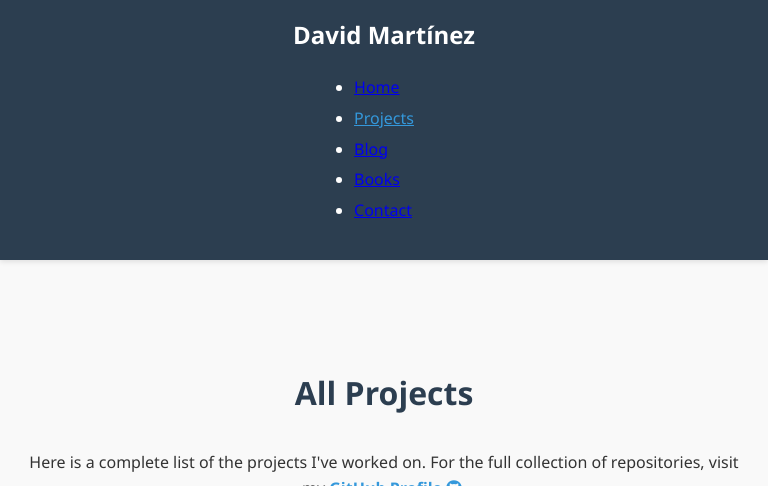
Repository: davidsmv/davidsmv.github.io
Page: projects.html
These files come from the project's save history. The page is drawn as it stood at one moment and after the next save; the edit follows.
The browser window is 768 px wide. The pictures show the part of the page from y = 0 to 486 px (the page is 1621 px tall before and 1596 px after).
A picture or video elsewhere on the page could not be fetched, so the positions and the page height are approximate. The page's requests for data from a server got no answer.

Above is the page before, as saved 2026-01-19 18:57:08.

### projects.html
<!DOCTYPE html>
<html lang="en">
<head>
    <!-- Google Tag Manager -->
    <script>(function(w,d,s,l,i){w[l]=w[l]||[];w[l].push({'gtm.start':
    new Date().getTime(),event:'gtm.js'});var f=d.getElementsByTagName(s)[0],
    j=d.createElement(s),dl=l!='dataLayer'?'&l='+l:'';j.async=true;j.src=
    'https://www.googletagmanager.com/gtm.js?id='+i+dl;f.parentNode.insertBefore(j,f);
    })(window,document,'script','dataLayer','GTM-K4HP3RM');</script>
    <!-- End Google Tag Manager -->

    <meta charset="UTF-8">
    <meta name="viewport" content="width=device-width, initial-scale=1.0">
    <meta http-equiv="X-UA-Compatible" content="ie=edge">
    <title>Projects - David Martínez</title>

    <!-- Link to your new styles -->
    <link rel="stylesheet" href="styles.css">
    <link rel="stylesheet" href="https://cdnjs.cloudflare.com/ajax/libs/font-awesome/6.0.0/css/all.min.css">
    <!-- Marked Library for Markdown rendering -->
    <script src="https://cdn.jsdelivr.net/npm/marked/marked.min.js"></script>
</head>
<body>
    <!-- Google Tag Manager (noscript) -->
    <noscript><iframe src="https://www.googletagmanager.com/ns.html?id=GTM-K4HP3RM"
    height="0" width="0" style="display:none;visibility:hidden"></iframe></noscript>
    <!-- End Google Tag Manager (noscript) -->

    <header>
        <nav>
            <div class="logo"><a href="index.html" style="color: white; text-decoration: none;">David Martínez</a></div>
            <ul class="nav-links">
                <li><a href="index.html">Home</a></li>
                <li><a href="projects.html" style="color: var(--accent-color);">Projects</a></li>
                <li><a href="blog.html">Blog</a></li>
                <li><a href="books.html">Books</a></li>
                <li><a href="contact.html">Contact</a></li>
            </ul>
        </nav>
    </header>

    <div class="container">
        <section>
            <h2>All Projects</h2>
            <p style="text-align: center; margin-bottom: 30px;">
                Here is a complete list of the projects I've worked on.
                For the full collection of repositories, visit my <a href="https://github.com/davidsmv" target="_blank" style="color: var(--accent-color); font-weight: bold;">GitHub Profile <i class="fab fa-github"></i></a>.
            </p>

            <div class="projects-grid" id="all-projects">
                <!-- Content will be loaded from scripts.js -->
            </div>
        </section>
    </div>

    <footer id="main-footer">
        <!-- Footer content loaded from scripts.js -->
    </footer>

    <!-- Load scripts -->
    <script src="data/projects.js"></script>
    <script src="data/contact.js"></script>
    <script src="js/scripts.js"></script>
    <script>
        renderProjects('all-projects');
        renderFooter('main-footer');
    </script>
</body>
</html>

### styles.css
/* Root variables for easy customization */
:root {
  --primary-color: #2c3e50; /* Dark Blue */
  --accent-color: #3498db;  /* Light Blue */
  --bg-color: #f9f9f9;      /* Light Gray Background */
  --text-color: #333;       /* Dark Text */
  --card-bg: #fff;          /* White Card Background */
  --font-main: 'Segoe UI', Tahoma, Geneva, Verdana, sans-serif;
}

body {
  font-family: var(--font-main);
  background-color: var(--bg-color);
  color: var(--text-color);
  margin: 0;
  padding: 0;
  line-height: 1.6;
}

/* Header & Navigation */
header {
  background-color: var(--primary-color);
  color: #fff;
  padding: 1rem 0;
  position: sticky;
  top: 0;
  z-index: 1000;
  box-shadow: 0 2px 5px rgba(0,0,0,0.1);
}

nav {
  display: flex;
  justify-content: space-between;
  align-items: center;
  max-width: 1100px;
  margin: 0 auto;
  padding: 0 20px;
}

.logo {
  font-size: 1.5rem;
  font-weight: bold;
}



/* Sections */
.container {
  max-width: 1100px;
  margin: 0 auto;
  padding: 2rem 20px;
}

section {
  padding: 3rem 0;
  border-bottom: 1px solid #ddd;
}

section h2 {
  text-align: center;
  margin-bottom: 2rem;
  color: var(--primary-color);
  font-size: 2rem;
}

/* About Section */
.about-content {
  display: flex;
  flex-wrap: wrap;
  align-items: center;
  gap: 2rem;
}

.about-text {
  flex: 1;
  min-width: 300px;
}

.about-image {
  flex: 1;
  text-align: center;
  min-width: 300px;
}

.profile-pic {
  width: 200px;
  height: 200px;
  border-radius: 50%;
  object-fit: cover;
  border: 4px solid var(--accent-color);
}

/* About Read More */
#about-container.collapsed {
  max-height: 280px; /* Adjust height as needed */
  overflow: hidden;
  position: relative;
}

#about-container.collapsed::after {
  content: "";
  position: absolute;
  bottom: 0;
  left: 0;
  width: 100%;
  height: 80px;
  background: linear-gradient(to bottom, transparent, var(--bg-color));
  pointer-events: none;
}

.read-more-btn {
  background-color: transparent;
  color: var(--accent-color);
  border: 1px solid var(--accent-color);
  padding: 8px 16px;
  border-radius: 4px;
  cursor: pointer;
  font-weight: bold;
  margin-top: 10px;
  transition: all 0.3s ease;
}

.read-more-btn:hover {
  background-color: var(--accent-color);
  color: white;
}

/* Projects Grid */
.projects-grid {
  display: grid;
  grid-template-columns: repeat(auto-fit, minmax(300px, 1fr));
  gap: 2rem;
}

.project-card {
  background: var(--card-bg);
  padding: 1.5rem;
  border-radius: 8px;
  box-shadow: 0 4px 6px rgba(0,0,0,0.1);
  transition: transform 0.3s ease;
}



.project-card:hover {
  transform: translateY(-5px);
}

.project-card h3 {
  margin-top: 0;
  color: var(--primary-color);
}

/* GitHub Preview Image */
.project-thumb {
  width: 100%;
  height: auto;
  border-radius: 6px;
  margin-bottom: 1rem;
  border: 1px solid #eee;
}

.project-link {
  display: inline-block;
  margin-top: 1rem;
  color: var(--accent-color);
  text-decoration: none;
  font-weight: bold;
}



/* Blog & Books (General Card Style) */
.card-list {
  display: flex;
  flex-direction: column;
  gap: 1.5rem;
}

.list-item {
  background: var(--card-bg);
  padding: 1.5rem;
  border-radius: 8px;
  box-shadow: 0 2px 4px rgba(0,0,0,0.05);
  display: flex;
  justify-content: space-between;
  align-items: center;
}



.list-item a {
  color: var(--accent-color);
  text-decoration: none;
  font-weight: bold;
}

/* Modal specific styles */
.modal {
  display: none;
  position: fixed;
  z-index: 2000;
  padding-top: 100px;
  left: 0;
  top: 0;
  width: 100%;
  height: 100%;
  overflow: auto;
  background-color: rgb(0,0,0);
  background-color: rgba(0,0,0,0.4);
}

.modal-content {
  background-color: #fefefe;
  margin: auto;
  padding: 20px;
  border: 1px solid #888;
  width: 80%;
  max-width: 800px;
  border-radius: 8px;
  position: relative;
  max-height: 80vh;
  overflow-y: auto;
}

.close-modal {
  color: #aaaaaa;
  float: right;
  font-size: 28px;
  font-weight: bold;
  cursor: pointer;
}

.close-modal:hover,
.close-modal:focus {
  color: #000;
  text-decoration: none;
  cursor: pointer;
}

/* Markdown Content Styling within Modal */
.markdown-body {
  font-family: var(--font-main);
  line-height: 1.6;
}
.markdown-body h1, .markdown-body h2, .markdown-body h3 {
  color: var(--primary-color);
  margin-top: 1.5em;
}
.markdown-body code {
  background-color: #f0f0f0;
  padding: 2px 4px;
  border-radius: 4px;
}
.markdown-body pre {
  background-color: #f0f0f0;
  padding: 10px;
  border-radius: 4px;
  overflow-x: auto;
}
.markdown-body img {
  max-width: 100%;
  height: auto;
}

/* Project Preview in Card */
.project-readme-preview {
  margin-top: 10px;
  /* Removed gray background/border for cleaner text look */
  /* background-color: #f4f4f4; */
  /* border: 1px solid #ddd; */
  font-size: 0.95rem; /* Slightly larger for readability */
  color: var(--text-color);

  /* Restrict height to show only the "first part" */
  max-height: 250px; /* Increased slightly */
  overflow: hidden;
  position: relative;
}

.project-readme-preview::after {
  /* Fade out effect at the bottom */
  content: "";
  position: absolute;
  bottom: 0;
  left: 0;
  width: 100%;
  height: 80px; /* Longer fade for smoother transition */
  background: linear-gradient(to bottom, rgba(255,255,255,0), rgba(255,255,255,1));
}

.project-readme-preview img {
  max-width: 100%;
  height: auto;
  border-radius: 4px;
}

.project-readme-preview h1 { font-size: 1.4rem; margin-top: 0; }
.project-readme-preview h2 { font-size: 1.2rem; margin-top: 10px; }
.project-readme-preview h3 { font-size: 1.1rem; }


/* Book Content Truncation */
.book-content.collapsed {
  max-height: 220px;
  overflow: hidden;
  position: relative;
  margin-bottom: 15px;
}

.book-content.collapsed::after {
  content: "";
  position: absolute;
  bottom: 0;
  left: 0;
  width: 100%;
  height: 60px;
  background: linear-gradient(to bottom, rgba(255,255,255,0), var(--card-bg));
  pointer-events: none;
}

/* Footer */
footer {
  text-align: center;
  padding: 2rem 0;
  background-color: var(--primary-color);
  color: #fff;
  margin-top: 3rem;
}

.footer-icon {
  text-decoration: none !important;
  display: inline-block;
}

.footer-icon i {
  display: block; /* Helps remove line-height issues */
}

.footer-icon:hover {
  color: var(--accent-color) !important;
  opacity: 0.8;
}

/* Responsive */
@media (max-width: 768px) {
  nav {
    flex-direction: column;
  }

  .nav-links {
    margin-top: 1rem;
    flex-direction: row;      /* Keep tabs horizontal */
    flex-wrap: wrap;          /* Allow wrapping on very small screens */
    justify-content: center;  /* Center the tabs */
    padding: 0;
  }

  .nav-links li {
    margin: 5px 10px;         /* Space around tabs */
    width: auto;              /* Auto width */
    border: none;
  }

  .nav-links li:last-child {
    border-bottom: none;
  }

  .about-content {
    flex-direction: column-reverse;
    text-align: center;
  }

  /* Explicitly center headers on mobile, but keep Logo left-aligned if preferred, orcenter it only if requested.
     User said "titles of the pages". Let's center H1/H2 only. */
  section h2, h1 {
    text-align: center;
    width: 100%;
  }
}

### data/projects.js
const projectsData = [
    {
        title: "Machine Learning Portfolio",
        hideTitle: true,
        description: "A comprehensive collection of my Machine Learning projects and experiments.",
        link: "https://github.com/davidsmv/MachineLearningPortfolio",
        linkText: "View Repository",
        readmeUrl: "https://raw.githubusercontent.com/davidsmv/MachineLearningPortfolio/main/README.md"
    },
    {
        title: "",
        hideTitle: true,
        description: "An interactive dashboard built with PowerBI to visualize market trends and sales data.",
        link: "https://github.com/davidsmv/IceBreakerSuggester",
        linkText: "View Repository",
        readmeUrl: "https://raw.githubusercontent.com/davidsmv/IceBreakerSuggester/main/README.md"
    },
    {
        title: "",
        hideTitle: true,
        description: "",
        link: "https://github.com/davidsmv/SpotifyUpdater",
        linkText: "View Repository",
        readmeUrl: "https://raw.githubusercontent.com/davidsmv/SpotifyUpdater/main/README.md"
    }
];

### data/contact.js
const contactData = [
    {
        platform: "WhatsApp",
        link: "https://wa.me/+573213871557", // Update with your number
        icon: "fab fa-whatsapp",
        color: "#25D366",
        text: "Chat on WhatsApp"
    },
    {
        platform: "Email",
        link: "mailto:david-martinezv@outlook.com",
        icon: "fas fa-envelope",
        color: "#D44638",
        text: "Send an Email"
    },
    {
        platform: "LinkedIn",
        link: "https://www.linkedin.com/in/davidsmv/?locale=en_US",
        icon: "fab fa-linkedin",
        color: "#0077b5",
        text: "Connect on LinkedIn"
    },
    {
        platform: "GitHub",
        link: "https://github.com/davidsmv",
        icon: "fab fa-github",
        color: "#333",
        text: "View GitHub Profile"
    },
    {
        platform: "Goodreads",
        link: "https://www.goodreads.com/davidsmv", // Update with your Goodreads profile link
        icon: "fab fa-goodreads",
        color: "#553b08",
        text: "View Goodreads Profile"
    },
    {
        platform: "Medium",
        link: "https://medium.com/@davidsmv", // Update with your Medium profile link
        icon: "fab fa-medium",
        color: "#00ab6c",
        text: "Read on Medium"
    },
    {
        platform: "Substack",
        link: "https://substack.com/@davidsmv?utm_campaign=profile&utm_medium=profile-page", // Update with your Substack profile link
        icon: "fas fa-bookmark", // Substack doesn't have a standard FA icon in free set sometimes, or use bookmark
        color: "#FF6719",
        text: "Subscribe on Substack"
    }
];

### js/scripts.js
// ============================================
// LOGIC SECTION - DO NOT EDIT UNLESS NECESSARY
// ============================================

// Helper function to fetch and render README
async function loadReadme(url, elementId) {
    const element = document.getElementById(elementId);
    if (!element) return;

    try {
        const response = await fetch(url);
        if (!response.ok) throw new Error("Failed to load");
        const text = await response.text();

        // Use marked to parse, or fallback to text
        if (typeof marked !== 'undefined') {
            element.innerHTML = marked.parse(text);
        } else {
            element.innerText = text;
        }
    } catch (error) {
        element.innerHTML = `<small style="color: #666;">Preview not available (${error.message})</small>`;
    }
}

function renderProjects(containerId, limit = null) {
    const container = document.getElementById(containerId);
    if (!container) return;

    // Use projectsData from data/projects.js
    const dataToRender = limit ? projectsData.slice(0, limit) : projectsData;

    container.innerHTML = dataToRender.map((project, index) => {
        // Create unique ID for the readme container
        const readmeId = `readme-${containerId}-${index}`;

        // Auto-detect GitHub image
        let imageUrl = project.imageUrl;
        if (!imageUrl && project.link && project.link.includes('github.com')) {
             const match = project.link.match(/github\.com\/([^\/]+)\/([^\/]+)/);
             if (match) {
                 // OpenGraph dynamic image
                 imageUrl = `https://opengraph.githubassets.com/1/${match[1]}/${match[2]}`;
             }
        }

        let imageHtml = '';
        if (imageUrl) {
            imageHtml = `<img src="${imageUrl}" alt="${project.title} Preview" class="project-thumb" loading="lazy">`;
        }

        let contentSection = '';

        if (project.readmeUrl) {
            // IF we have a README, we use it as the description
            contentSection = `
                <div id="${readmeId}" class="project-readme-preview">
                    Loading description...
                </div>
                <div style="margin-top: 15px; text-align: center;">
                     <a href="${project.link}" class="project-link" target="_blank">Continue reading on GitHub &rarr;</a>
                </div>
            `;
            // Trigger fetch
            setTimeout(() => loadReadme(project.readmeUrl, readmeId), 0);
        } else {
            // Fallback to manual description
            contentSection = `
                <p>${project.description}</p>
                <div style="margin-top: 15px;">
                    <a href="${project.link}" class="project-link">${project.linkText} &rarr;</a>
                </div>
            `;
        }

        return `
        <div class="project-card">
            ${imageHtml}
            ${project.hideTitle ? '' : `<h3>${project.title}</h3>`}
            ${contentSection}
        </div>
    `}).join('');
}

function renderBlogs(containerId, limit = null) {
    const container = document.getElementById(containerId);
    if (!container) return;

    // Use blogData from data/blogs.js
    const dataToRender = limit ? blogData.slice(0, limit) : blogData;

    container.innerHTML = dataToRender.map(post => `
        <div class="list-item">
            <div>
                <h3>${post.title}</h3>
                <p>${post.description}</p>
                <small>Published on ${post.date}</small>
            </div>
            <a href="${post.link}" target="_blank">${post.linkText} <i class="fas fa-external-link-alt"></i></a>
        </div>
    `).join('');
}

function renderBooks(containerId, limit = null) {
    const container = document.getElementById(containerId);
    if (!container) return;

    // Use bookData from data/books.js
    const dataToRender = limit ? bookData.slice(0, limit) : bookData;

    container.innerHTML = dataToRender.map(book => {
        if (book.goodreadsHtml) {
            // Extract the specific review URL if possible
            const match = book.goodreadsHtml.match(/href="(https:\/\/www\.goodreads\.com\/review\/show\/[^"]+)"/);
            const reviewUrl = match ? match[1] : null;

            // Remove the "View all my reviews" link and trailing breaks to clean up the UI
            let cleanHtml = book.goodreadsHtml.replace(/<br\s*\/?>\s*<br\s*\/?>\s*<a href="https:\/\/www\.goodreads\.com\/review\/list\/[^"]+">View all my reviews<\/a>/i, '');

            // Fallback: just remove the link if the BR tags are different
            cleanHtml = cleanHtml.replace(/<a href="https:\/\/www\.goodreads\.com\/review\/list\/[^"]+">View all my reviews<\/a>/i, '');

            return `
                <div class="list-item" style="display: block;">
                    <div class="book-content collapsed">
                        ${cleanHtml}
                    </div>
                    ${reviewUrl ? `
                    <div style="text-align: center; margin-top: 5px;">
                        <a href="${reviewUrl}" target="_blank" class="read-more-btn" style="text-decoration: none; display: inline-block;">Read Full Review on Goodreads</a>
                    </div>
                    ` : ''}
                </div>
            `;
        }
        return `
            <div class="list-item">
                <div>
                    <h3>${book.title}</h3>
                    <p><strong>Author:</strong> ${book.author}</p>
                    <p><em>"${book.review}"</em></p>
                    ${book.rating ? `<p><strong>Rating:</strong> ${book.rating}</p>` : ''}
                </div>
            </div>
        `;
    }).join('');
}

function renderContact(containerId) {
    const container = document.getElementById(containerId);
    if (!container) return;

    container.innerHTML = contactData.map(contact => `
        <div class="project-card" style="text-align: center; display: flex; flex-direction: column; align-items: center; justify-content: center;">
            <i class="${contact.icon}" style="font-size: 3rem; color: ${contact.color}; margin-bottom: 1rem;"></i>
            <h3>${contact.platform}</h3>
            <a href="${contact.link}" target="_blank" class="project-link" style="margin-top: 0.5rem; color: ${contact.color}; border: 1px solid ${contact.color}; padding: 5px 15px; border-radius: 5px;">
                ${contact.text}
            </a>
        </div>
    `).join('');
}

function renderFooter(containerId) {
    const container = document.getElementById(containerId);
    if (!container || typeof contactData === 'undefined') return;

    const iconsHtml = contactData.map(contact =>
        `<a href="${contact.link}" target="_blank" title="${contact.platform}" class="footer-icon" style="color: white; margin: 0 10px; font-size: 1.5rem; transition: color 0.3s; text-decoration: none;">
            <i class="${contact.icon}"></i>
        </a>`
    ).join('');

    container.innerHTML = `
        <div class="footer-socials" style="margin-bottom: 1rem;">
            ${iconsHtml}
        </div>
        <p>&copy; ${new Date().getFullYear()} David Martínez. All rights reserved.</p>
    `;
}

// Function to fetch and render the local PROFILE.md
async function loadProfile(elementId) {
    // Defaults to data/PROFILE.md
    const url = 'data/PROFILE.md';
    await loadReadme(url, elementId);

    const element = document.getElementById(elementId);
    if (!element) return;

    // Check height to see if we need a "Read More" button
    // Threshold set to 300px (approx match CSS max-height)
    if (element.scrollHeight > 300) {
        element.classList.add('collapsed');

        const btn = document.createElement('button');
        btn.innerText = 'Read More';
        btn.className = 'read-more-btn';

        btn.onclick = () => {
             const isCollapsed = element.classList.toggle('collapsed');
             btn.innerText = isCollapsed ? 'Read More' : 'Read Less';
        };

        // Insert button after the text container
        element.parentNode.insertBefore(btn, element.nextSibling);
    }
}

After the next save:
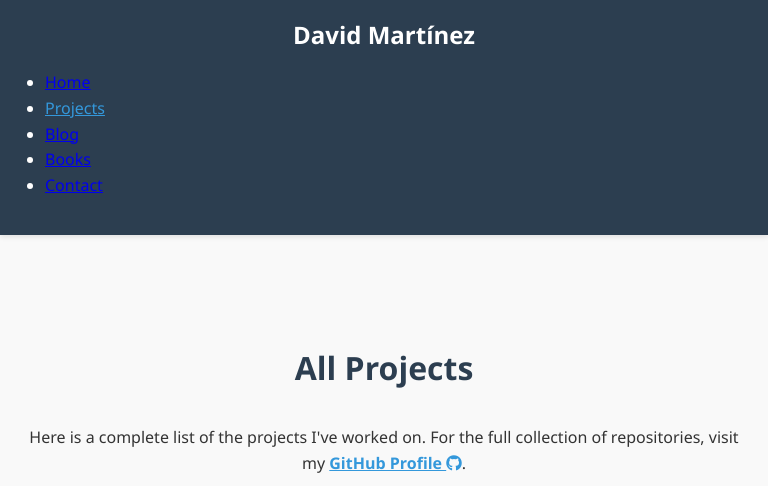
Saved 78 s later.
--- a/styles.css
+++ b/styles.css
@@ -350,16 +350,27 @@ footer {
 
   .nav-links {
     margin-top: 1rem;
-    flex-direction: row;      /* Keep tabs horizontal */
-    flex-wrap: wrap;          /* Allow wrapping on very small screens */
-    justify-content: center;  /* Center the tabs */
-    padding: 0;
+    flex-direction: row;      /* Force horizontal row */
+    flex-wrap: nowrap;        /* Do NOT wrap to next line */
+    justify-content: space-between; /* Spread across the width */
+    overflow-x: auto;         /* allow scroll if screen is too small */
+    padding-bottom: 5px;      /* space for scrollbar or touch area */
+    width: 100%;
+    -webkit-overflow-scrolling: touch; /* smooth scrolling on iOS */
   }
 
   .nav-links li {
-    margin: 5px 10px;         /* Space around tabs */
-    width: auto;              /* Auto width */
-    border: none;
+    margin: 0 5px;            /* Reduce margin to fit more */
+    flex-shrink: 0;           /* Prevent items from squishing too much */
+  }
+
+  /* Hide scrollbar for cleaner look */
+  .nav-links::-webkit-scrollbar {
+    display: none;
+  }
+  .nav-links {
+    -ms-overflow-style: none;
+    scrollbar-width: none;
   }
 
   .nav-links li:last-child {
